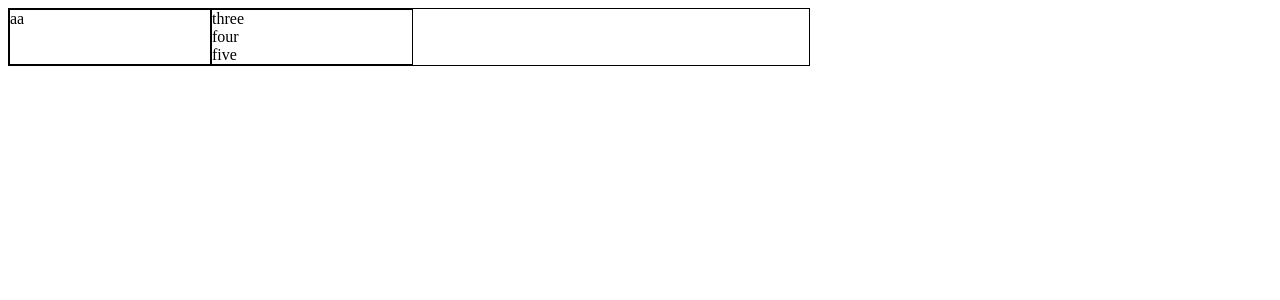
Repository: kpavankumaar/online_uk_class
Page: flex.html
An editor plug-in stored every save of this project. The page is shown before and after the next save, followed by the edit.
The browser window is 1280 px wide. The pictures show the whole page.

Above is the page before, as saved 2022-01-12 14:10:44.

### flex.html
<!DOCTYPE html>
<!-- <html lang="ar" dir="rtl" > -->
<html lang="en">
<head>
    <meta charset="UTF-8">
    <meta http-equiv="X-UA-Compatible" content="IE=edge">
    <meta name="viewport" content="width=device-width, initial-scale=1.0">
    <title>Document</title>
    <style>
        div.main{
            border:1px solid black;
            width:800px;
            display: flex;
        }
        div.box{
            border:1px solid black;
            flex-basis: 200px;
            width:400px;
        }
        .box1{

        }
        .box2{

        }
        .box3{

        }
    </style>
</head>
<body>
    <div class="main">
        <div class="box box1">
            aa
        </div>
        <!-- <div class="box box2">two</div> -->
        <div class="box box3">three <br> four <br>five</div>
    </div>
    <!-- <div class="main">
        <div class="box box1">
            ا
        </div>
        <div class="box box2">ب</div>
        <div class="box box3">ت</div>
    </div> -->

</body>
</html>

After the next save:
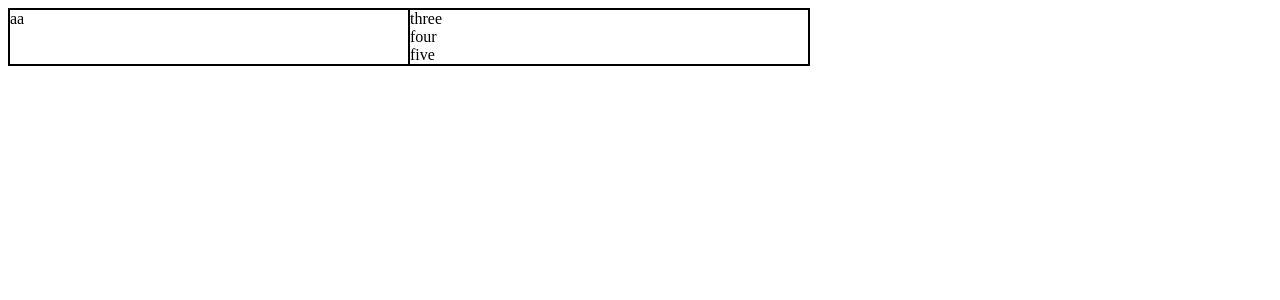
Saved 9 s later.
--- a/flex.html
+++ b/flex.html
@@ -14,7 +14,7 @@
         }
         div.box{
             border:1px solid black;
-            flex-basis: 200px;
+            /* flex-basis: 200px; */
             width:400px;
         }
         .box1{

After the save that followed:
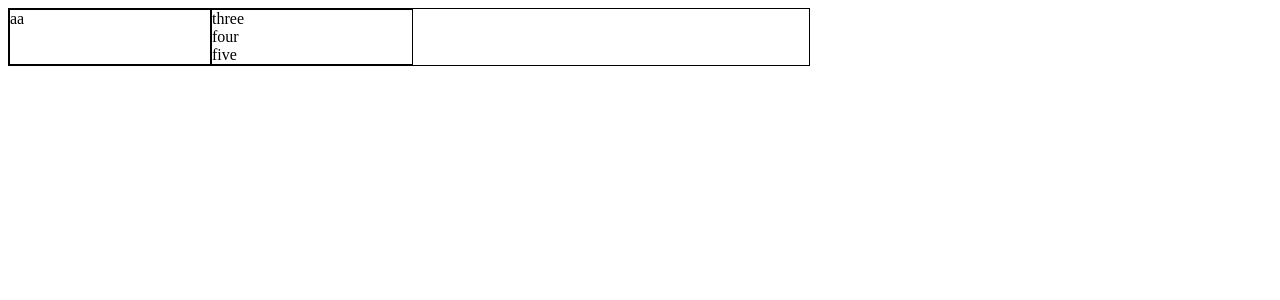
Saved 17 s later.
--- a/flex.html
+++ b/flex.html
@@ -14,7 +14,7 @@
         }
         div.box{
             border:1px solid black;
-            /* flex-basis: 200px; */
+            flex-basis: 200px;
             width:400px;
         }
         .box1{
